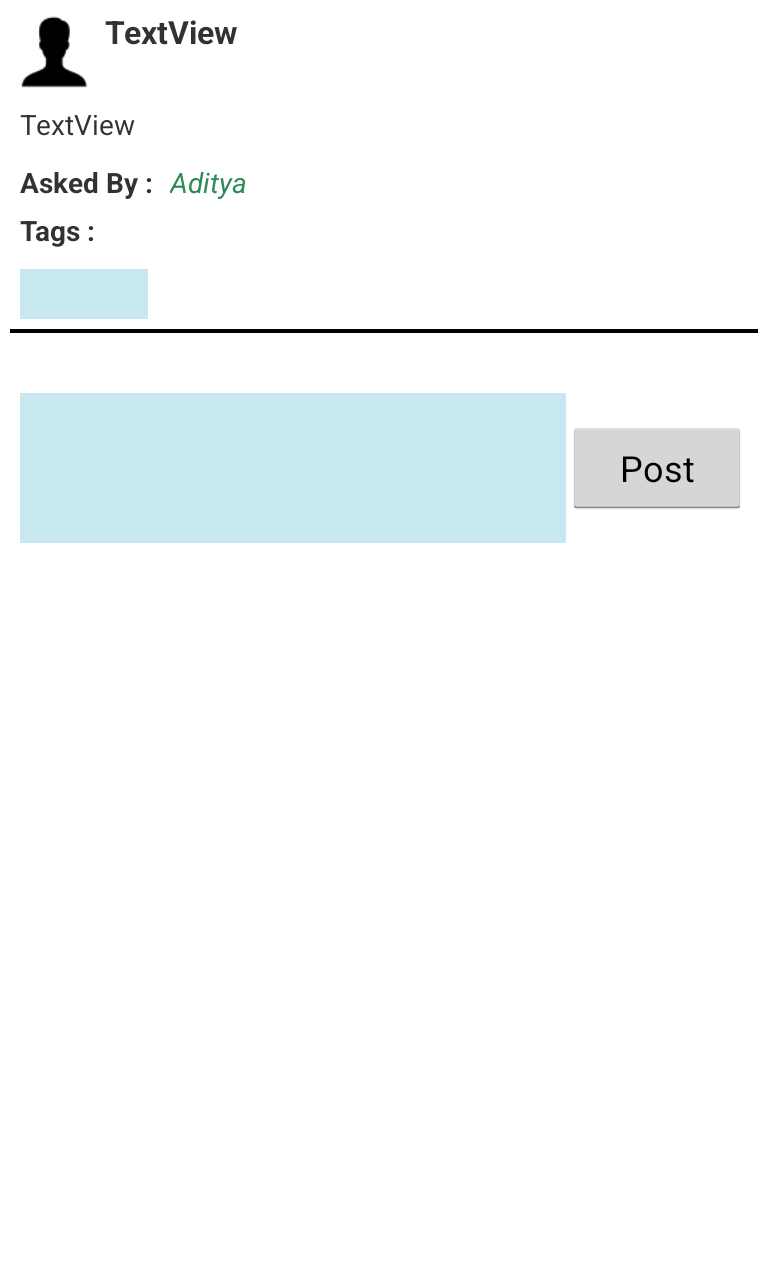
Repository: AdityaKiet/android-work2
Layout: UPTUQuestionBank/res/layout/explore_question.xml
An editor plug-in stored every save of this project. The layout is shown before and after the next save, followed by the edit.
It is drawn on a 768 x 1280 px phone screen (xhdpi) without system bars, with theme AppTheme; the app's code is not run.

Above is the layout before, as saved 2015-04-25 13:53:21.

### UPTUQuestionBank/res/layout/explore_question.xml
<?xml version="1.0" encoding="utf-8"?>
<LinearLayout xmlns:android="http://schemas.android.com/apk/res/android"
    android:layout_width="fill_parent"
    android:layout_height="fill_parent"
    android:background="#ffffff"
    android:orientation="vertical" >

    <ScrollView
        android:layout_width="fill_parent"
        android:layout_height="wrap_content"
        android:layout_margin="5dp" >

        <LinearLayout
            android:layout_width="fill_parent"
            android:layout_height="wrap_content"
            android:orientation="vertical" >

            <LinearLayout
                android:layout_width="fill_parent"
                android:layout_height="wrap_content"
                android:orientation="horizontal" >

                <ImageView
                    android:id="@+id/imgExploreQuestionUser"
                    android:layout_width="wrap_content"
                    android:layout_height="wrap_content"
                    android:src="@drawable/person" />

                <TextView
                    android:id="@+id/txtExploreQuestionTitle"
                    android:layout_width="wrap_content"
                    android:layout_height="wrap_content"
                    android:layout_marginLeft="5dp"
                    android:text="TextView"
                    android:textSize="16sp"
                    android:textStyle="bold" />
            </LinearLayout>

            <TextView
                android:id="@+id/txtExploreQuestionContent"
                android:layout_width="fill_parent"
                android:layout_height="wrap_content"
                android:layout_margin="5dp"
                android:text="TextView" />

            <LinearLayout
                android:layout_width="fill_parent"
                android:layout_height="wrap_content"
                android:layout_marginTop="5dp"
                android:orientation="horizontal" >

                <TextView
                    android:layout_width="wrap_content"
                    android:layout_height="wrap_content"
                    android:layout_alignParentRight="true"
                    android:layout_marginLeft="5dp"
                    android:text="Asked By : "
                    android:textSize="14sp"
                    android:textStyle="bold" />

                <TextView
                    android:id="@+id/txtExploreQuestionUserName"
                    android:layout_width="wrap_content"
                    android:layout_height="wrap_content"
                    android:layout_alignParentRight="true"
                    android:layout_marginLeft="5dp"
                    android:text="Aditya"
                    android:textColor="#2E8B57"
                    android:textSize="14sp"
                    android:textStyle="italic" />

                <TextView
                    android:id="@+id/txtExploreQuestionTime"
                    android:layout_width="wrap_content"
                    android:layout_height="wrap_content"
                    android:layout_marginLeft="10dp"
                    android:text=""
                    android:textColor="#2E8B57"
                    android:textSize="14sp"
                    android:textStyle="italic" />
            </LinearLayout>

            <TextView
                android:id="@+id/txtExploreQuestionTags"
                android:layout_width="wrap_content"
                android:layout_height="wrap_content"
                android:layout_alignParentRight="true"
                android:layout_marginBottom="5dp"
                android:layout_marginLeft="5dp"
                android:layout_marginTop="5dp"
                android:text="Tags : "
                android:textSize="14sp"
                android:textStyle="bold" />

            <Button
                android:id="@+id/btnLike"
                android:layout_width="wrap_content"
                android:layout_height="25sp"
                android:layout_marginLeft="5dp"
                android:background="#C7E8F1"
                android:textSize="14sp"
                android:text=""
                android:layout_marginTop="5dp"
                android:textStyle="bold" />

            <View
                android:layout_width="fill_parent"
                android:layout_height="2dp"
                android:layout_marginBottom="10dp"
                android:layout_marginTop="5dp"
                android:background="#000000" />

            <LinearLayout
                android:id="@+id/linearAnswers"
                android:layout_width="fill_parent"
                android:layout_height="wrap_content"
                android:layout_marginTop="10dp"
                android:orientation="vertical" >
            </LinearLayout>

            <LinearLayout
                android:layout_width="fill_parent"
                android:layout_height="75dp"
                android:layout_marginLeft="5dp"
                android:layout_marginRight="5dp"
                android:layout_marginTop="10dp"
                android:orientation="horizontal"
                android:weightSum="1" >

                <EditText
                    android:id="@+id/etPostAnswer"
                    android:layout_width="0dip"
                    android:layout_height="match_parent"
                    android:layout_weight="0.75"
                    android:background="#C7E8F1" />

                <Button
                    android:id="@+id/btnPostAnswer"
                    android:layout_width="0dip"
                    android:layout_height="wrap_content"
                    android:layout_weight="0.25"
                    android:text="Post" />
            </LinearLayout>
        </LinearLayout>
    </ScrollView>

</LinearLayout>

Loaded but not shown: UPTUQuestionBank/res/values/styles.xml (common file); UPTUQuestionBank/res/values-v11/styles.xml (common file); UPTUQuestionBank/res/values-v14/styles.xml (common file)

After the next save:
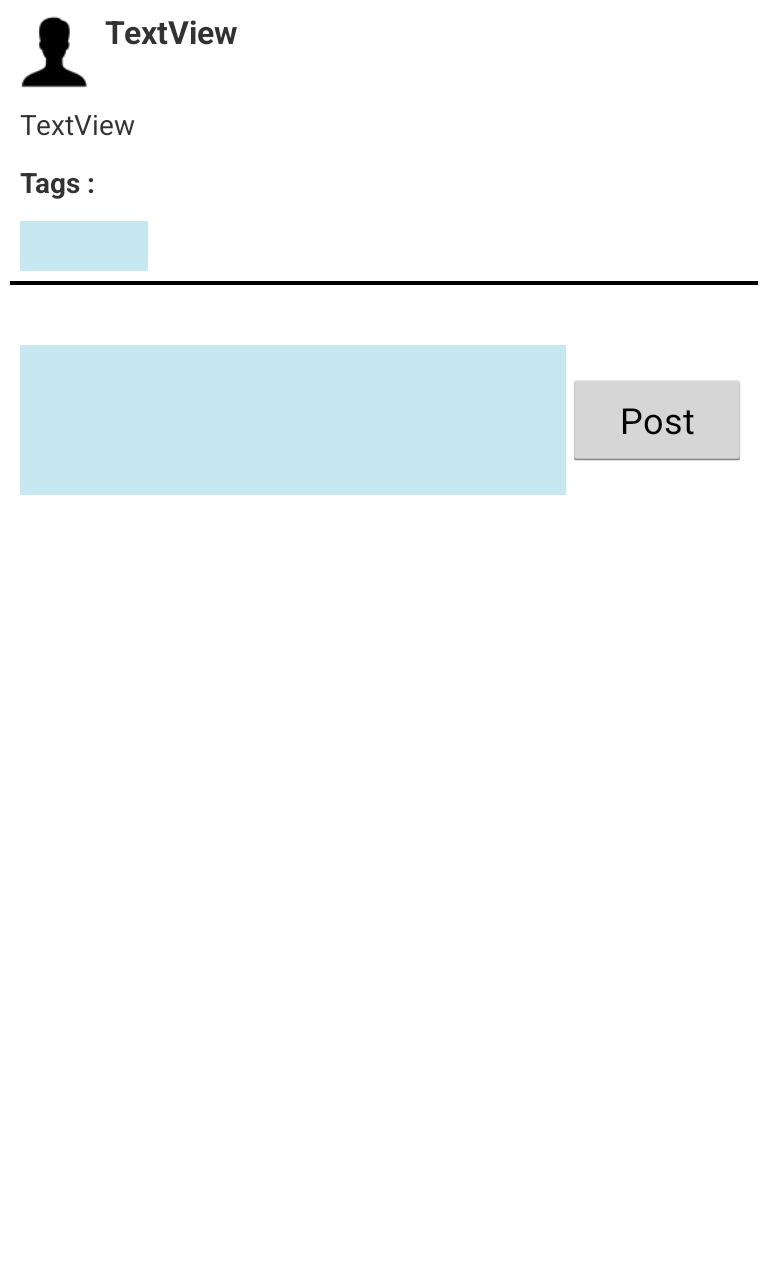
Saved 41 s later.
--- a/UPTUQuestionBank/res/layout/explore_question.xml
+++ b/UPTUQuestionBank/res/layout/explore_question.xml
@@ -43,42 +43,6 @@
                 android:layout_margin="5dp"
                 android:text="TextView" />
 
-            <LinearLayout
-                android:layout_width="fill_parent"
-                android:layout_height="wrap_content"
-                android:layout_marginTop="5dp"
-                android:orientation="horizontal" >
-
-                <TextView
-                    android:layout_width="wrap_content"
-                    android:layout_height="wrap_content"
-                    android:layout_alignParentRight="true"
-                    android:layout_marginLeft="5dp"
-                    android:text="Asked By : "
-                    android:textSize="14sp"
-                    android:textStyle="bold" />
-
-                <TextView
-                    android:id="@+id/txtExploreQuestionUserName"
-                    android:layout_width="wrap_content"
-                    android:layout_height="wrap_content"
-                    android:layout_alignParentRight="true"
-                    android:layout_marginLeft="5dp"
-                    android:text="Aditya"
-                    android:textColor="#2E8B57"
-                    android:textSize="14sp"
-                    android:textStyle="italic" />
-
-                <TextView
-                    android:id="@+id/txtExploreQuestionTime"
-                    android:layout_width="wrap_content"
-                    android:layout_height="wrap_content"
-                    android:layout_marginLeft="10dp"
-                    android:text=""
-                    android:textColor="#2E8B57"
-                    android:textSize="14sp"
-                    android:textStyle="italic" />
-            </LinearLayout>
 
             <TextView
                 android:id="@+id/txtExploreQuestionTags"
